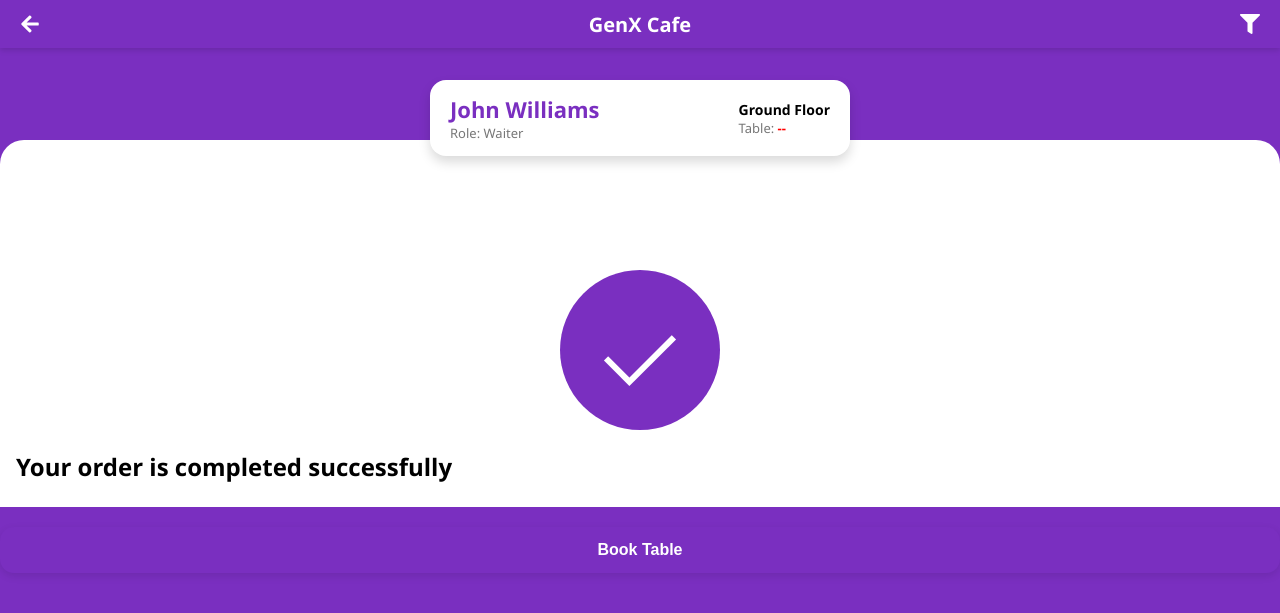
Repository: rajeshwaranslv/sturdy-spork-genx-frontend
Page: /success
These files come from the project's save history. The page is drawn as it stood at one moment and after the next save; the edit follows.
The browser window is 1280 px wide. The pictures show the whole page.
The project was rebuilt for these pictures with package versions that can differ from the ones it lists, and the page was loaded fresh each time. Also part of the build but not shown: src/components/TableSelection.js, src/components/menu.css, src/components/MenuSelection.js, src/components/order.css, src/components/OrderReview.js, src/components/Billing.js.

Above is the page before, as saved 2025-07-16 17:20:44.

After the next save:
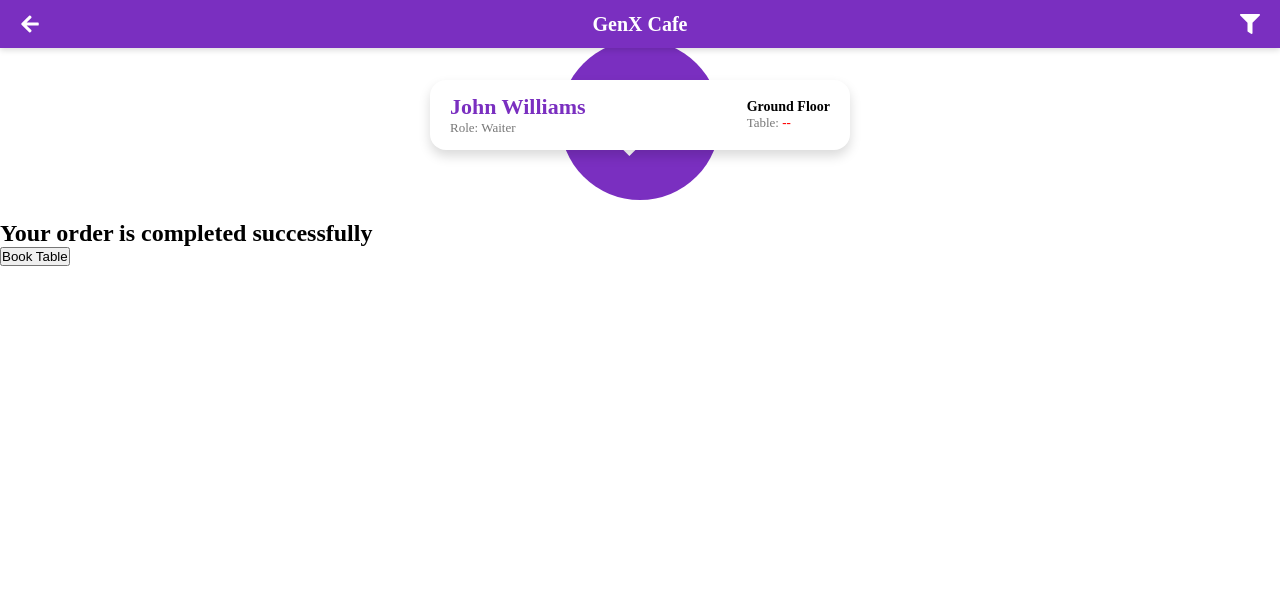
Saved 38 s later.
--- a/src/components/Success.js
+++ b/src/components/Success.js
@@ -21,44 +21,40 @@ function Success({ history, location }) {
     floor: 'Ground Floor',
     tableId: tableId ?? '--',
   };
+return (
+  <div className="success-container">
+    <div className="header-bar">
+      <FaArrowLeft className="icon" onClick={() => history.push('/')} />
+      <h2>GenX Cafe</h2>
+      <FaFilter className="icon" />
+    </div>
 
-  return (
-    <div className="container-fluid">
-      {/* ✅ Header Bar */}
-      <div className="header-bar">
-        <FaArrowLeft className="icon" onClick={() => history.push('/')} />
-        <h2>GenX Cafe</h2>
-        <FaFilter className="icon" />
+    <div className="waiter-card">
+      <div className="waiter-left">
+        <strong className="waiter-name">{waiter.name}</strong>
+        <div className="waiter-role">Role: {waiter.role}</div>
       </div>
-
-      {/* ✅ Floating Waiter Card */}
-      <div className="waiter-card">
-        <div className="waiter-left">
-          <strong className="waiter-name">{waiter.name}</strong>
-          <div className="waiter-role">Role: {waiter.role}</div>
-        </div>
-        <div className="waiter-right">
-          <div className="floor-label">{waiter.floor}</div>
-          <div className="orders-count">
-            Table: <span className="order-red">{waiter.tableId}</span>
-          </div>
+      <div className="waiter-right">
+        <div className="floor-label">{waiter.floor}</div>
+        <div className="orders-count">
+          Table: <span className="order-red">{waiter.tableId}</span>
         </div>
       </div>
+    </div>
 
-      {/* ✅ Main White Rounded Container */}
-      <div className="table-section">
-        <div className="checkmark-circle">
-          <div className="checkmark" />
-        </div>
-        <h2 className="success-text">Your order is completed successfully</h2>
+    <div className="success-content">
+      <div className="checkmark-circle">
+        <div className="checkmark" />
       </div>
+      <h2 className="success-text">Your order is completed successfully</h2>
+    </div>
 
-      {/* ✅ Footer Button */}
-      <button className="select-btn" onClick={() => history.push('/')}>
-        Book Table
-      </button>
-    </div>
-  );
+    <button className="success-btn" onClick={() => history.push('/')}>
+      Book Table
+    </button>
+  </div>
+);
+
 }
 
 export default withRouter(Success);
